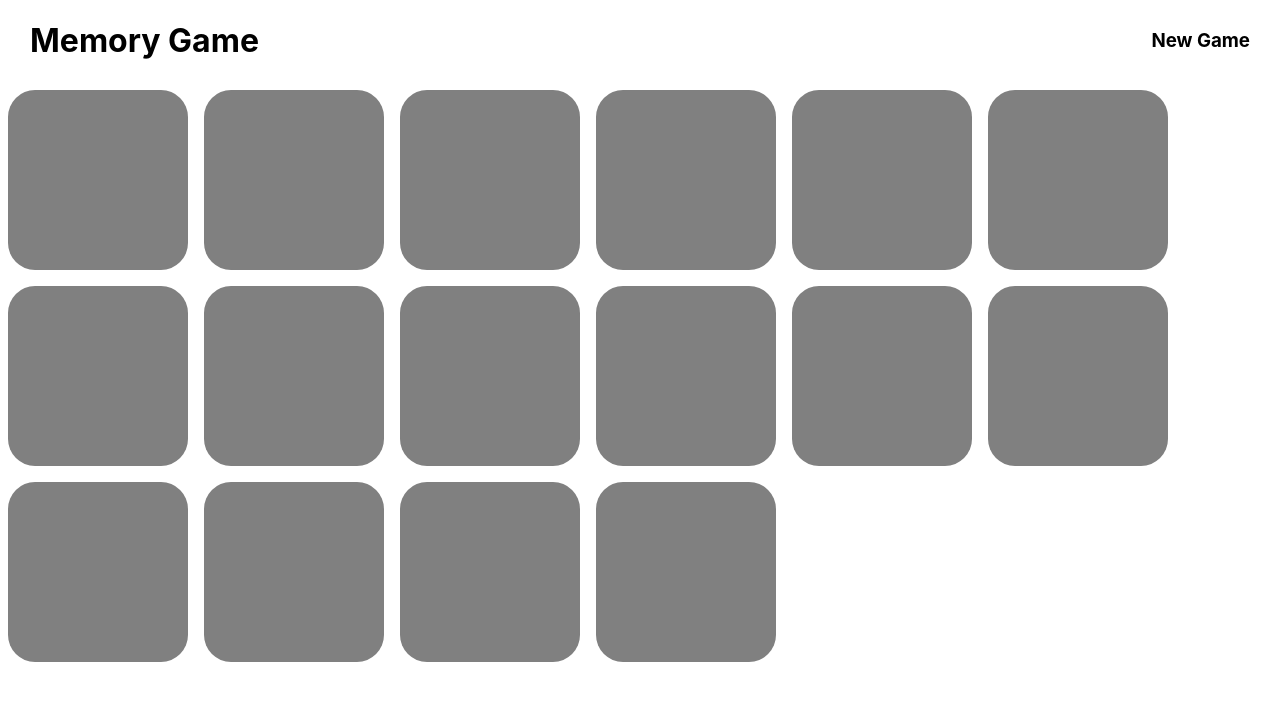
Repository: sokafootball/memory_game
Page: /
An editor plug-in stored every save of this project. The page is shown before and after the next save, followed by the edit.
The browser window is 1280 px wide. The pictures show the whole page.
The project was rebuilt for these pictures with package versions that can differ from the ones it lists, and the page was loaded fresh each time.

Above is the page before, as saved 2019-01-21 12:44:26.

### src/App.js
import React, { Component } from 'react';
import './App.css';
import {Game} from './Game'
import {Navbar} from './Navbar'

class App extends Component {
  constructor(props) {
    super(props)
    this.state = {
      cards: [
        {id: 0, color: 'red', status: 'hidden'},
        {id: 1, color: 'red', status: 'hidden'},
        {id: 2, color: 'blue', status: 'hidden'},
        {id: 3, color: 'blue', status: 'hidden'},
        {id: 4, color: 'yellow', status: 'hidden'},
        {id: 5, color: 'yellow', status: 'hidden'},
        {id: 6, color: 'black', status: 'hidden'},
        {id: 7, color: 'black', status: 'hidden'},
        {id: 8, color: 'pink', status: 'hidden'},
        {id: 9, color: 'pink', status: 'hidden'},
        {id: 10, color: 'green', status: 'hidden'},
        {id: 11, color: 'green', status: 'hidden'},
        {id: 12, color: 'orange', status: 'hidden'},
        {id: 13, color: 'orange', status: 'hidden'},
        {id: 14, color: 'purple', status: 'hidden'},
        {id: 15, color: 'purple', status: 'hidden'}
      ],
      showingCards: 0
    }
    this.handleCardClick = this.handleCardClick.bind(this)
    this.newGame = this.newGame.bind(this)
    setTimeout(this.shuffleCards, 50)
  }

  countShowingCards = () => {
    console.log('countShowingCards called')
    let showingCards = 0
    this.state.cards.forEach(card => {if(card.status === 'showing')showingCards++})
    this.setState({showingCards}, () => {
      console.log(this.state.showingCards)
      if(this.state.showingCards === 2){
        this.compareCards()
      }
    })
  }

  showCard = (clickedCard, id) => {
    console.log('showCard called')
    if(clickedCard.status === 'hidden' && this.state.showingCards < 2){
      clickedCard.status = 'showing'
      let newCards = this.state.cards.slice()
      newCards = newCards.map(card => (card.id === id ? clickedCard : card))
      this.setState({cards: newCards}, this.countShowingCards)
      }
    }

  handleCardClick = (id) => {
    console.log('button clicked')
    const clickedCard = this.state.cards.filter((card) => card.id === id)[0]
    this.showCard(clickedCard, id)
  }

  compareCards = () => {
    console.log('compareCards called')
    let comparedCards = this.state.cards.filter((card) => card.status === 'showing')
    const isMatch = comparedCards[0].color === comparedCards[1].color
    setTimeout(() => {
      comparedCards.forEach(card => {isMatch ? card.status = 'matched' : card.status = 'hidden'})
      let newCards = this.state.cards.slice()
      newCards = newCards.map(newCard => {
        if(comparedCards.some(card => card.id === newCard.id)){
          isMatch ? newCard.status = 'matched' : newCard.status = 'hidden'
        }
        return newCard
      })
      this.setState({newCards, showingCards:0})
    }, 1000)
  }

  shuffleCards = () => {
    console.log('ShuffleCards called')
    let myCards = this.state.cards.slice()
    for (let i = myCards.length - 1; i > 0; i--) {
        const j = Math.floor(Math.random() * (i + 1));
        [myCards[i], myCards[j]] = [myCards[j], myCards[i]];
    }
    this.setState({cards: myCards}, console.log(this.state.cards))
  }

  newGame = () => {
    //shuffle cards
    setTimeout(this.shuffleCards, 50)    //set all cards to hidden and showing cards to 0
    let myCards = this.state.cards.slice()
    myCards.forEach(card => card.status = 'hidden')
    this.setState({cards: myCards, showingCards: 0})
  }

  render() {
    return (
      <div className="App">
        <Navbar
        newGame={this.newGame}
        />
        <Game
        cards={this.state.cards}
        handleCardClick={this.handleCardClick}
        />
      </div>
    );
  }
}

export default App;

### src/Game.js
import React from 'react'
import {Card} from './Card'
import './Game.css'
import PropTypes from 'prop-types'

const Game = (props) => {
  const myCards = props.cards.map((c, index) => {
    return <Card {...c} key={index} handleCardClick = {props.handleCardClick}/>
  })
    return (
      <div className="cardsDiv">
        {myCards}
      </div>
    )
}

Game.defaultProps = {
  handleCardClick: () => {console.log('handleCardClick function not provided')},
  cards: () => [
    {id: 0, color: 'black', status: 'showing'},
    {id: 1, color: 'black', status: 'showing'},
    {id: 2, color: 'black', status: 'showing'},
    {id: 3, color: 'black', status: 'showing'},
    {id: 4, color: 'black', status: 'showing'},
    {id: 5, color: 'black', status: 'showing'},
    {id: 6, color: 'black', status: 'showing'},
    {id: 7, color: 'black', status: 'showing'},
    {id: 8, color: 'black', status: 'showing'},
    {id: 9, color: 'black', status: 'showing'},
    {id: 10, color: 'black', status: 'showing'},
    {id: 11, color: 'black', status: 'showing'},
    {id: 12, color: 'black', status: 'showing'},
    {id: 13, color: 'black', status: 'showing'},
    {id: 14, color: 'black', status: 'showing'},
    {id: 15, color: 'black', status: 'showing'}
  ]
}

Game.propTypes = {
  handleCardClick: PropTypes.func.isRequired,
  cards: PropTypes.arrayOf(PropTypes.object).isRequired
}

export {Game}

### src/Navbar.js
import React from 'react'
import './Navbar.css'
import PropTypes from 'prop-types'

const Navbar = (props) => {
    return (
      <div className='mainBar'>
        <h1>Memory Game</h1>
        <h3 onClick={props.newGame}>New Game</h3>
      </div>
    )
}

Navbar.defaultProps = {
  newGame: () => {console.log('from Navbar: newGame function not provided')}
}

Navbar.propTypes = {
  newGame: PropTypes.func.isRequired
}

export {Navbar}

### src/Card.js
import React from 'react'
import PropTypes from 'prop-types'
import './Card.css'

const Card = (props) => {

if(props.status !== 'hidden'){
  var style = {
    backgroundColor: props.color
  }
}

  return (
    <div className="card" style={style}></div>
  )
}

Card.defaultProps = {
  color: 'grey'
}

Card.propTypes = {
  color: PropTypes.string
}

export {Card}

### src/Game.css
.cardsDiv {
  display: flex;
  flex-wrap: wrap;
}

### src/Navbar.css
h3 {
  cursor: pointer;
}

.mainBar {
  margin: 0px 30px;
  display: flex;
  justify-content: space-between;
  align-items: center;
}

### src/Card.css
.card {
  margin: 8px;
  width: 180px;
  height: 180px;
  display: inline-block;
  background: grey;
  border-radius: 15%;
  transition: background 1s;
}

Loaded but not shown: public/index.html (common file); src/index.js (common file); src/index.css (common file); src/serviceWorker.js (common file); src/App.css (common file)

After the next save:
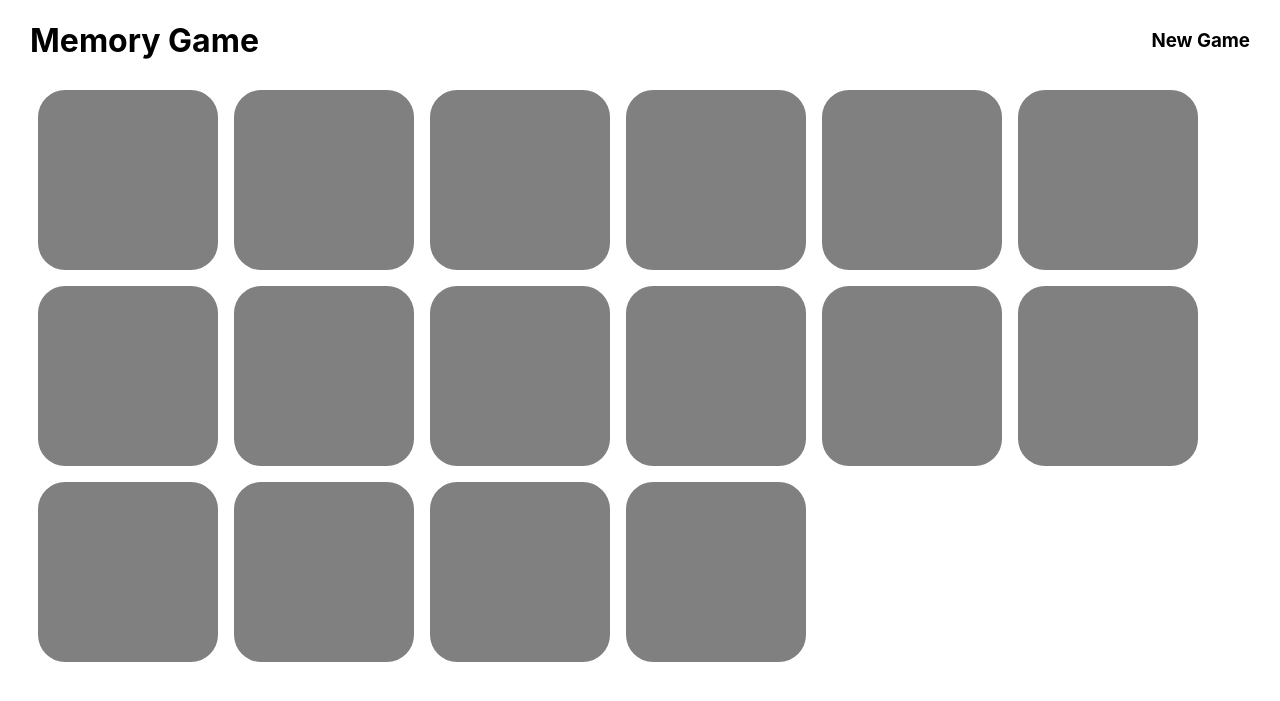
Saved 36 s later.
--- a/src/Game.css
+++ b/src/Game.css
@@ -1,4 +1,5 @@
 .cardsDiv {
   display: flex;
   flex-wrap: wrap;
+  margin: 0px 30px
 }
